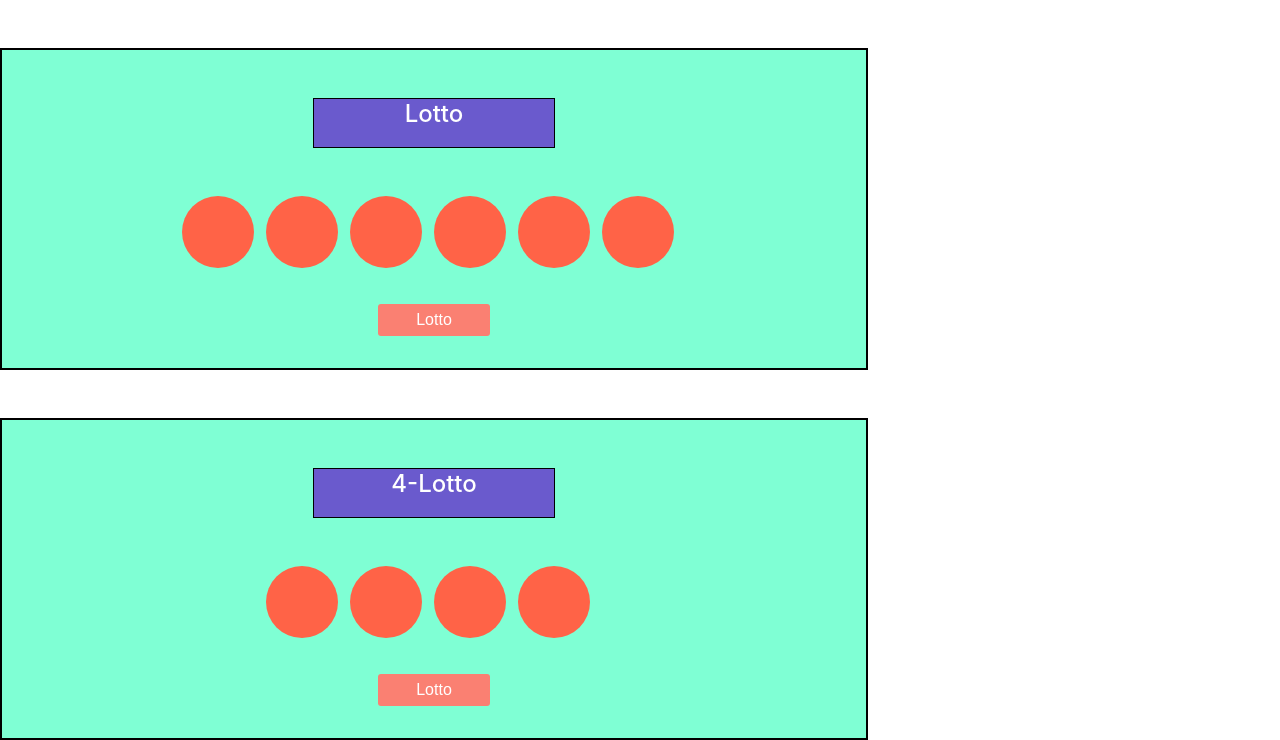
Repository: dung8466/learn-react
Page: / (app in lottery/)
The author's editor kept a copy of each file at every save. The page is drawn from the files as they stood at one save, then again after the next save.
The browser window is 1280 px wide. The pictures show the whole page.
The project was rebuilt for these pictures with package versions that can differ from the ones it lists, and the page was loaded fresh each time.

Above is the page before, as saved 2022-09-18 21:14:40.

### lottery/src/App.js
import React, {Component} from 'react';
import './App.css';
import Lotto from './Lotto';
class App extends Component{
  render(){
    return (
      <div className="App">
        <Lotto />
        <Lotto title='4-Lotto' numBall={4} maxNum={10}/>
      </div>
    );
  }
}

export default App;

### lottery/src/Lotto.js
import React, {Component} from "react";
import './Lotto.css';
import LotteryBall from "./LotteryBall";

class Lotto extends Component{
    static defaultProps = {
        title : 'Lotto',
        numBall : 6,
        maxNum: 99
    }
    constructor(props){
        super(props);
        this.state = {nums : Array.from({length: this.props.numBall}) };
        this.generate = this.generate.bind(this);
    }
    generate(){
        this.setState(curSt => ({
            nums: curSt.nums.map(num => num = Math.floor(Math.random() * this.props.maxNum)),
        }))
    }
    render(){
        return(
            <div className="lotto">
                <h1>{this.props.title}</h1>
                <div className="ballDisplay">
                    {this.state.nums.map(b => (
                        <LotteryBall nums={b}/>
                    ))}
                </div>
                <button onClick={this.generate} className='btn'>Lotto</button>
            </div>
        );
    }
}

export default Lotto;

### lottery/src/Lotto.css
.lotto{
    display: flex;
    flex-direction: column;
    justify-content: space-evenly;
    align-items: center;
    flex-wrap: wrap;
    gap: 2em;
    border: 2px solid black;
    background-color: aquamarine;
    max-width: 50em;
    max-height: 20em;
    margin-top: 3em;
    /* margin-left: 23em; */
    padding: 2em;
}

.lotto h1{
    font-size: 1.5em;
    font-weight: 500;
    color: white;
    border: 1px solid black;
    width: 10em;
    height: 2em;
    background-color: slateblue;
}

.btn{
    width: 7em;
    height: 2em;
    background-color: salmon;
    border: 0px;
    border-radius: 3px;
    cursor: pointer;
    color: white;
    font-size: 1em;
}

### lottery/src/LotteryBall.js
import React, {Component} from "react";
import './LotteryBall.css';

class LotteryBall extends Component{
    render(){
        return(
            <div className="ball">{this.props.nums}</div>
        );
    }
}

export default LotteryBall;

### lottery/src/LotteryBall.css
.ball{
    display: inline-block;
    background-color: tomato;
    color: white;
    border-radius: 50%;
    width: 3em;
    height: 2.25em;
    text-align: center;
    padding-top: 0.75em;
    margin-right: 0.5em;
    font-weight: bold;
    font-size: 1.5em;
}

Loaded but not shown: lottery/public/index.html (common file); lottery/src/index.js (common file); lottery/src/index.css (common file); lottery/src/reportWebVitals.js (common file); lottery/src/App.css (common file)

After the next save:
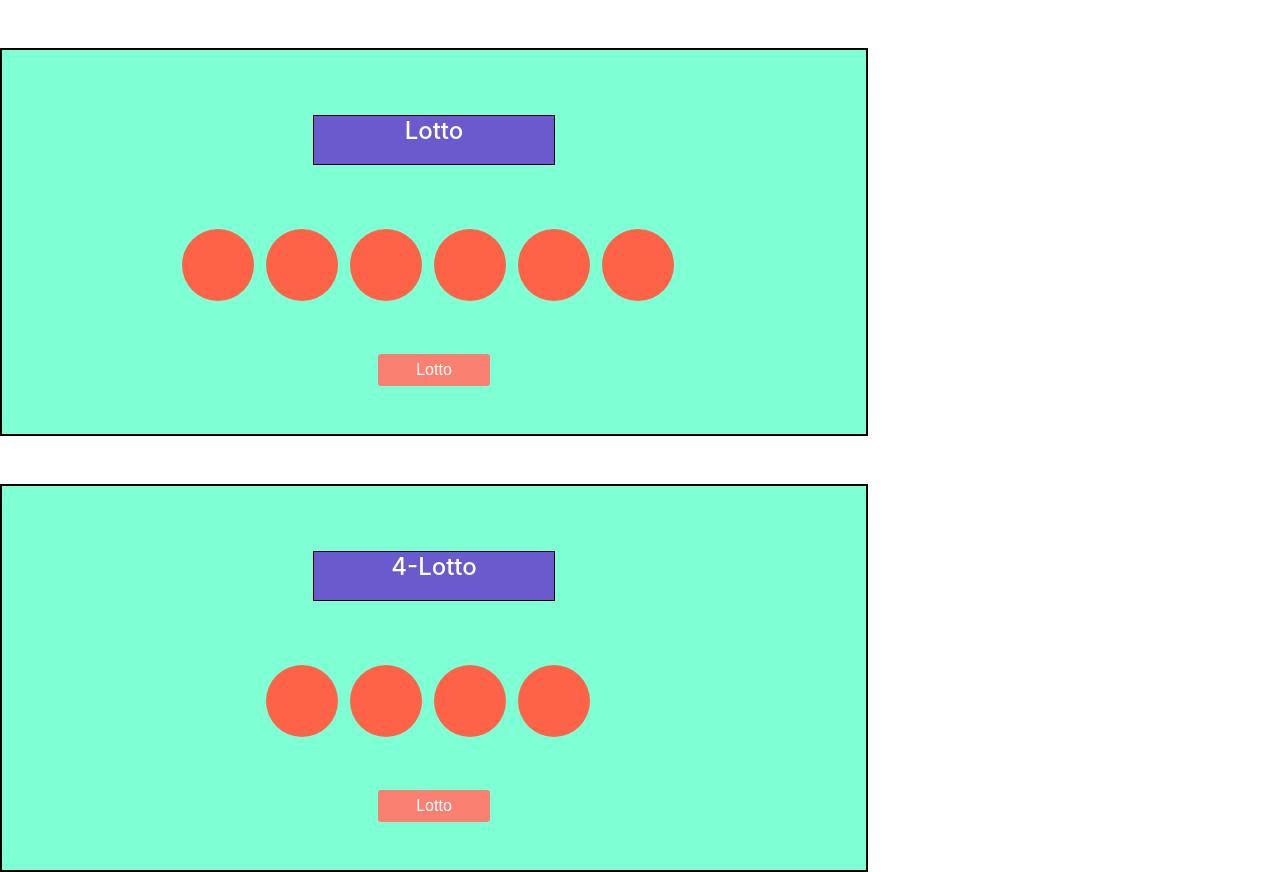
Saved 22 s later.
--- a/lottery/src/Lotto.css
+++ b/lottery/src/Lotto.css
@@ -7,8 +7,8 @@
     gap: 2em;
     border: 2px solid black;
     background-color: aquamarine;
-    max-width: 50em;
-    max-height: 20em;
+    width: 50em;
+    height: 20em;
     margin-top: 3em;
     /* margin-left: 23em; */
     padding: 2em;

After the save that followed:
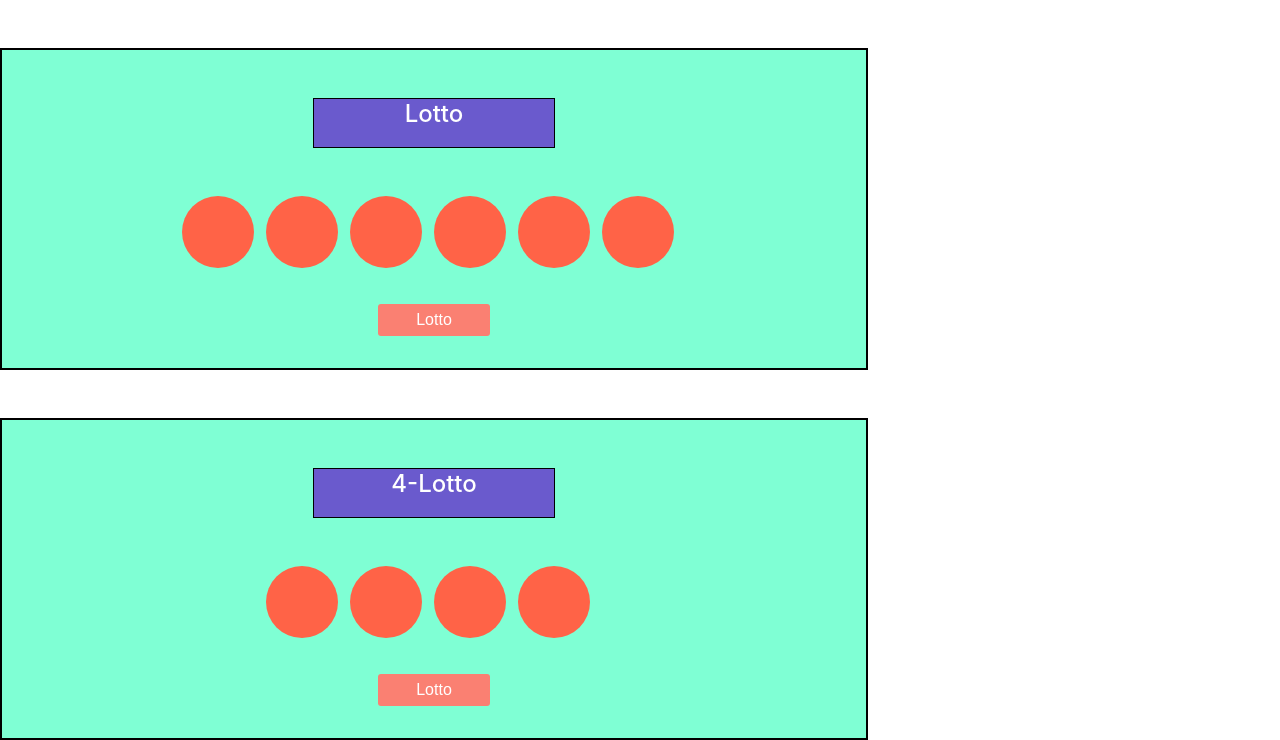
Saved 11 s later.
--- a/lottery/src/Lotto.css
+++ b/lottery/src/Lotto.css
@@ -7,8 +7,8 @@
     gap: 2em;
     border: 2px solid black;
     background-color: aquamarine;
-    width: 50em;
-    height: 20em;
+    max-width: 50em;
+    max-height: 20em;
     margin-top: 3em;
     /* margin-left: 23em; */
     padding: 2em;
